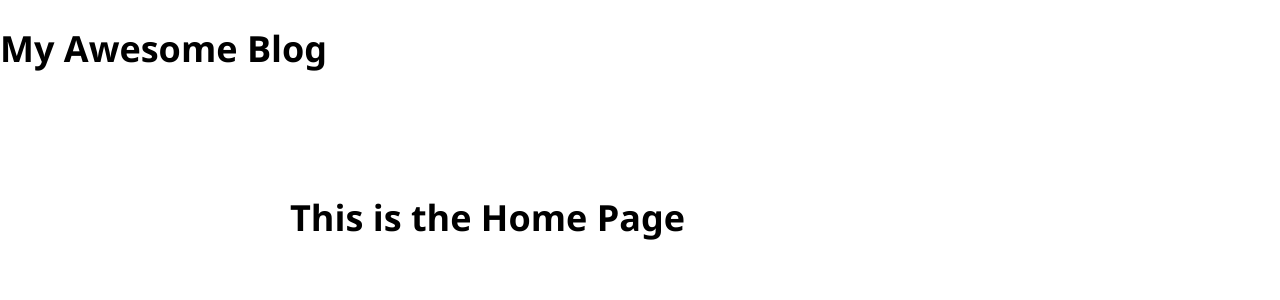
Repository: ShindanoSingi/full-stack-course
Page: / (app in my-blog/)
The author's editor kept a copy of each file at every save. The page is drawn from the files as they stood at one save, then again after the next save.
The browser window is 1280 px wide. The pictures show the whole page.
The project was rebuilt for these pictures with package versions that can differ from the ones it lists, and the page was loaded fresh each time. Also part of the build but not shown: my-blog/src/pages/About.js, my-blog/src/pages/ArticlePage.js, my-blog/src/pages/ArticlesListPage.js, my-blog/src/pages/NotFoundPage.js.

Above is the page before, as saved 2022-12-05 00:10:08.

### my-blog/src/index.js
import React from 'react';
import ReactDOM from 'react-dom/client';
import './index.css';
import App from './App';
import reportWebVitals from './reportWebVitals';
import { BrowserRouter } from 'react-router-dom';

const root = ReactDOM.createRoot(document.getElementById('root'));
root.render(
<React.StrictMode>
  <BrowserRouter>
  <App />
  </BrowserRouter>
  </React.StrictMode>

);

// If you want to start measuring performance in your app, pass a function
// to log results (for example: reportWebVitals(console.log))
// or send to an analytics endpoint. Learn more: https://bit.ly/CRA-vitals
reportWebVitals();

### my-blog/src/App.js
import { BrowserRouter, createBrowserRouter } from "react-router-dom";
import "./App.css";
import { Routes, Route } from "react-router-dom";
import About from "./pages/About";
import ArticlePage from "./pages/ArticlePage";
import ArticlesListPage from "./pages/ArticlesListPage";
import HomePage from "./pages/HomePage";
import NotFoundPage from "./pages/NotFoundPage";

function App() {
      return (
            <div className="App">
                  <h1>My Awesome Blog</h1>
                  <div id="page-body">
                        <Routes>
                              <Route path="/" element={<HomePage />} />
                              <Route path="about" element={<About />} />
                              <Route
                                    path="articles"
                                    element={<ArticlesListPage />}
                              />
                              <Route
                                    path="articles/:articleId"
                                    element={<ArticlePage />}
                              />
                              <Route path="notFound" element={<NotFoundPage />} />
                        </Routes>
                  </div>
            </div>
      );
}

export default App;

### my-blog/src/pages/HomePage.js
const HomePage = () => {
      return(
            <h1>This is the Home Page</h1>
      )
}
export default HomePage;

### my-blog/src/NavBar.js
import React from "react";
import { Link } from "react-router-dom";

function NavBar() {
      return (
            <nav>
                  <ul>
                        <Link to="/">
                              <li>Home</li>
                        </Link>
                        <Link href="/about">
                              <li>About</li>
                        </Link>
                        <Link href="/articles">
                              <li>Articles</li>
                        </Link>
                  </ul>
            </nav>
      );
}

export default NavBar;

Loaded but not shown: my-blog/public/index.html (common file); my-blog/src/index.css (common file); my-blog/src/reportWebVitals.js (common file); my-blog/src/App.css (common file)

After the next save:
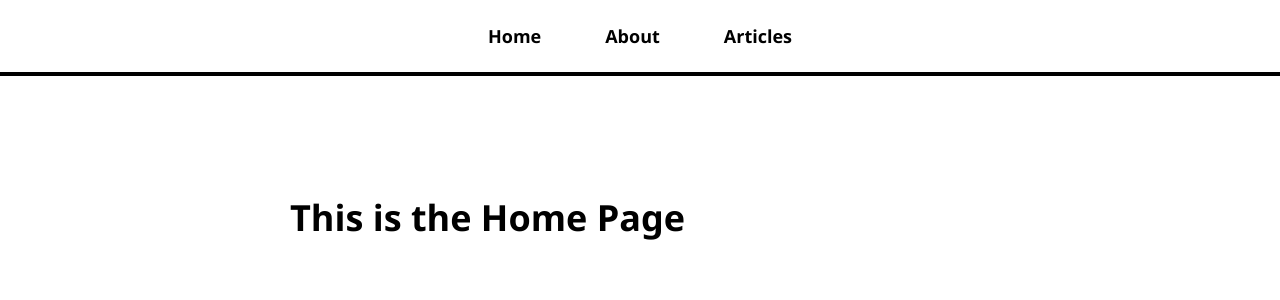
Saved 36 s later.
--- a/my-blog/src/App.js
+++ b/my-blog/src/App.js
@@ -6,10 +6,13 @@ import ArticlePage from "./pages/ArticlePage";
 import ArticlesListPage from "./pages/ArticlesListPage";
 import HomePage from "./pages/HomePage";
 import NotFoundPage from "./pages/NotFoundPage";
+import NavBar from "./NavBar";
+
 
 function App() {
       return (
             <div className="App">
+            <NavBar/>
                   <h1>My Awesome Blog</h1>
                   <div id="page-body">
                         <Routes>
